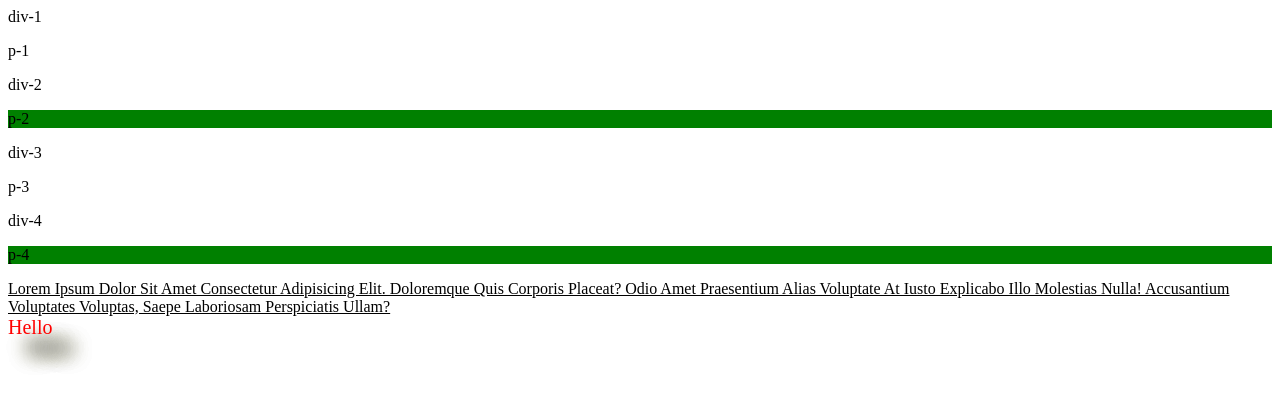
Repository: harin1212/PDA-frontend
Page: day3/selector_test.html
These files come from the project's save history. The page is drawn as it stood at one moment and after the next save; the edit follows.
The browser window is 1280 px wide. The pictures show the whole page.

Above is the page before, as saved 2023-07-31 11:22:24.

### day3/selector_test.html
<!DOCTYPE html>
<html lang="en">
<head>
    <meta charset="UTF-8">
    <meta name="viewport" content="width=device-width, initial-scale=1.0">
    <title>Selector Test</title>
    <style>
        /*div:first-child{
            border: 2px solid silver;
        }*/
        /*div:first-of-type{
            background-color: green;
        }*/
        /* div:nth-child(3n+1){
            background-color: green;
        } */
        p:nth-of-type(2n){
            background-color: green;
        }
        .test{
            text-transform: capitalize;
            text-decoration: underline;
        }
        .shadow{
            color: red;
            font-size: 20px;
            text-shadow: 20px 20px 20px darkblue,
            20px 20px 20px black,
            20px 20px 20px yellow;
        }
    </style>
</head>
<!-- body : 형제 -->
<body>
    <!-- div, p : 자식 -->
    <div>div-1</div>
    <p>p-1</p>
    <div>div-2</div>
    <p>p-2</p>
    <div>div-3</div>
    <p>p-3</p>
    <div>div-4</div>
    <p>p-4</p>
    <div class="test">Lorem ipsum dolor sit amet consectetur adipisicing elit. Doloremque quis corporis placeat?
        Odio amet praesentium alias voluptate at iusto explicabo illo molestias nulla! Accusantium voluptates voluptas,
        saepe laboriosam perspiciatis ullam?</div>
    <div class="shadow">Hello</div>
</body>
</html>

After the next save:
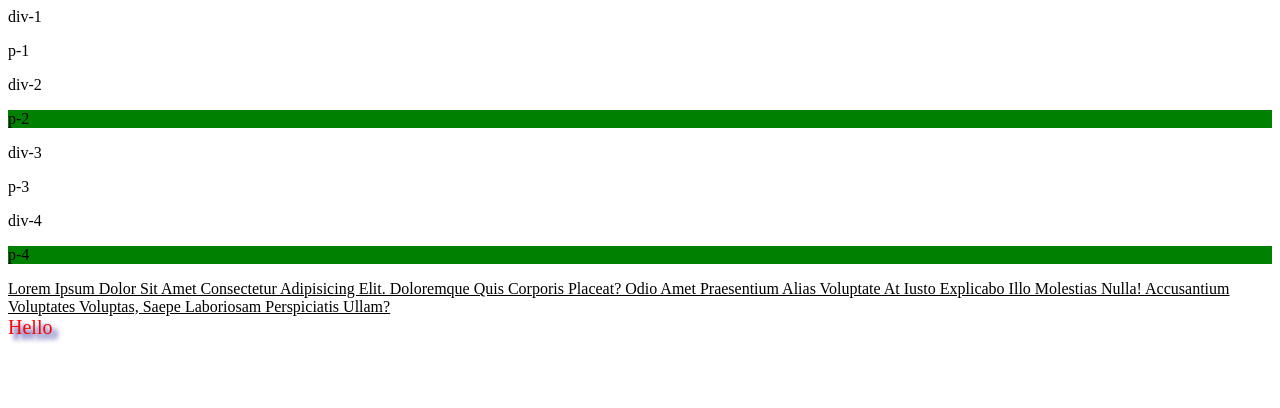
Saved 52 s later.
--- a/day3/selector_test.html
+++ b/day3/selector_test.html
@@ -24,9 +24,7 @@
         .shadow{
             color: red;
             font-size: 20px;
-            text-shadow: 20px 20px 20px darkblue,
-            20px 20px 20px black,
-            20px 20px 20px yellow;
+            text-shadow: 5px 5px 5px darkblue;
         }
     </style>
 </head>
